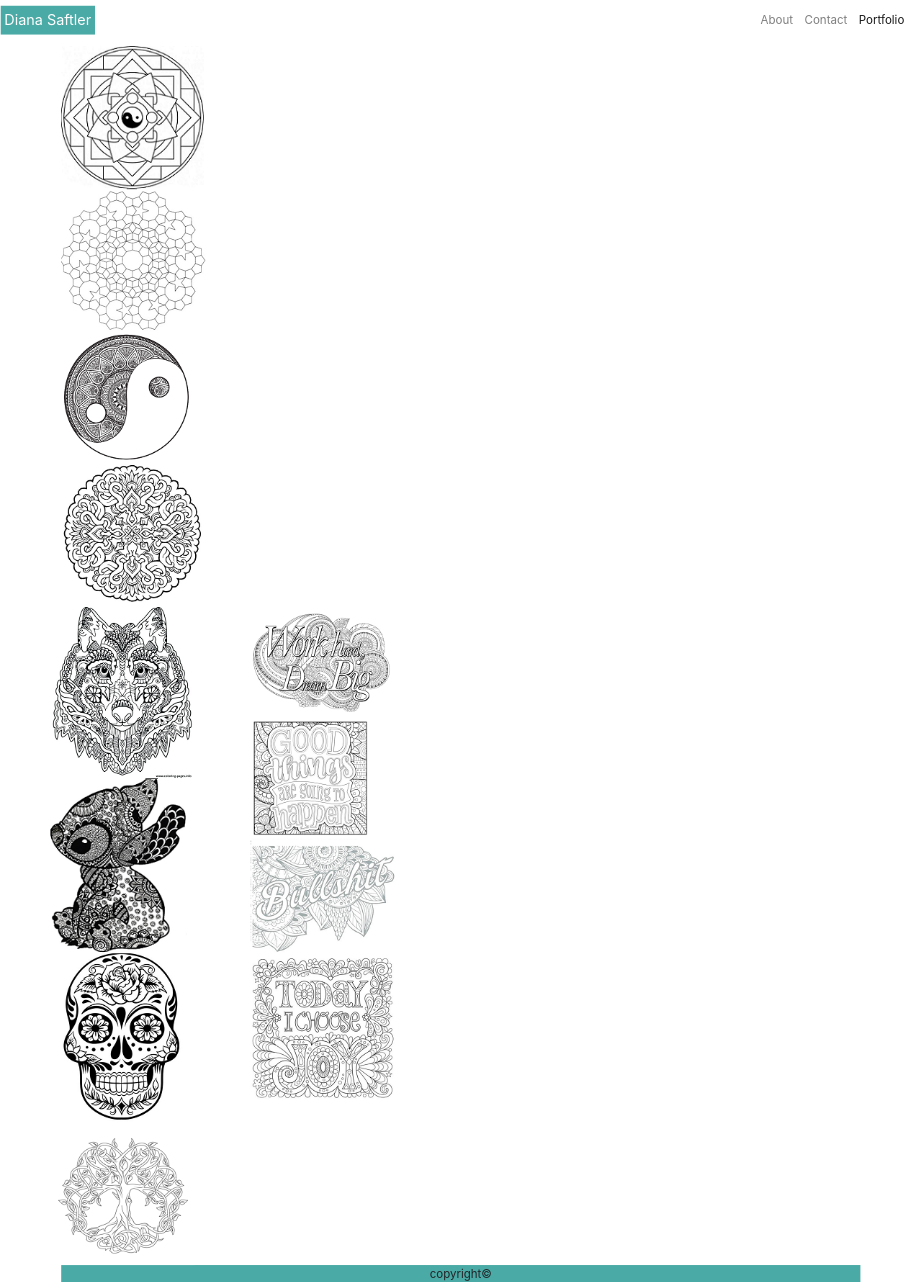
Repository: dsaftler/Bootstrap-Portfolio
Page: portfolio.html
An editor plug-in stored every save of this project. The page is shown before and after the next save, followed by the edit.
The browser window is 1280 px wide. The pictures show the whole page, at 72% of full size.

Above is the page before, as saved 2019-03-23 23:28:11.

After the next save:
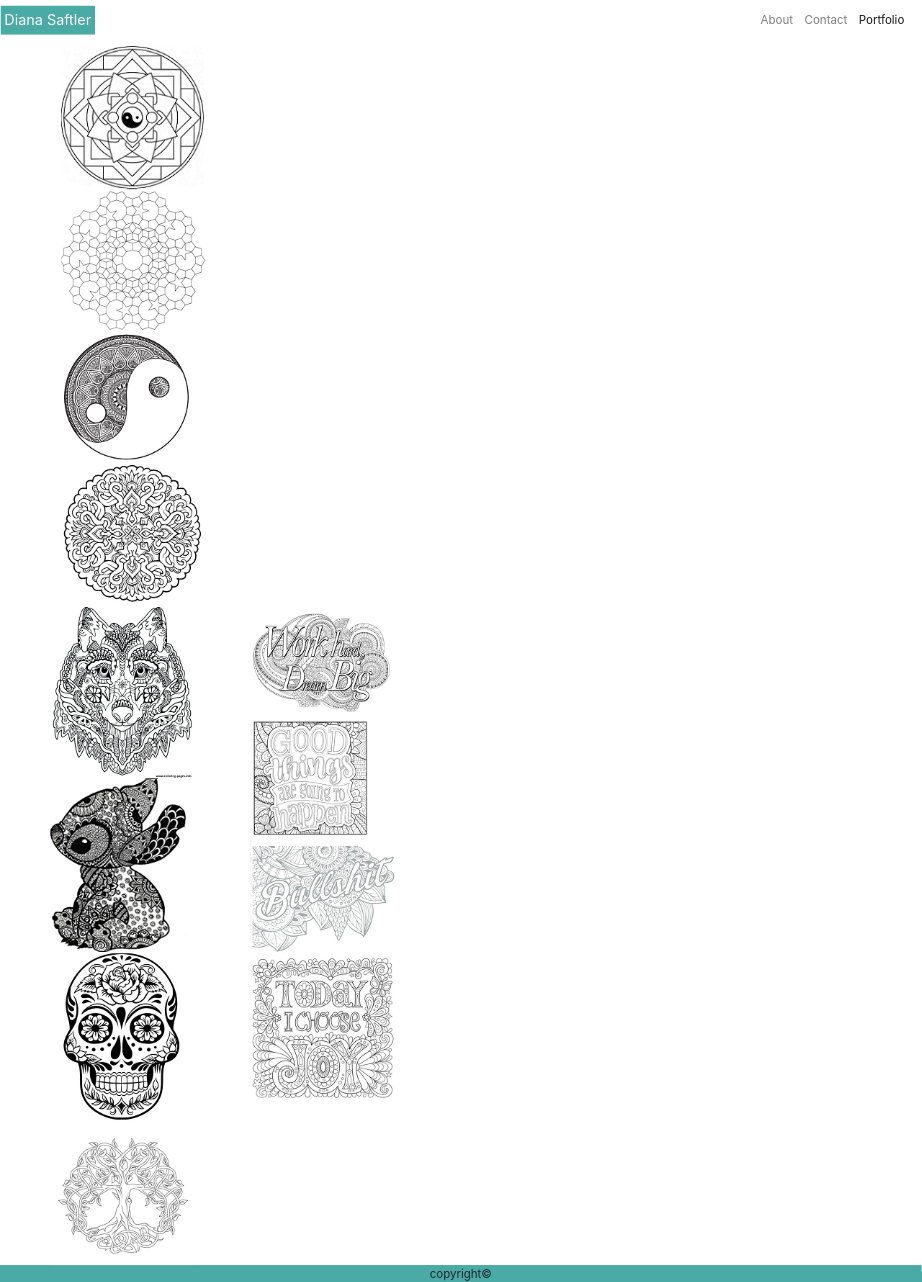
Saved 8 min 22 s later.
--- a/portfolio.html
+++ b/portfolio.html
@@ -31,7 +31,7 @@
                 </ul>
                 </div>
             </nav>
-            <div class="col-sm-12">
+            <!-- <div class="col-sm-12"> -->
                 <div class="container"><h1><Portfolio/h1></div>
                 <div class="container">
                     <div class="row">
@@ -77,7 +77,8 @@
                         </div>
                     </div><!-- row -->
                 </div>    <!-- center-panel -->
-            </div>  <!-- bg-pattern -->
+                </div>
+                </div>
             <footer class="footer text-center"; style="background-color:#4aaaa5">
                         <div class="container" >
                           <span >copyright&copy</span>
